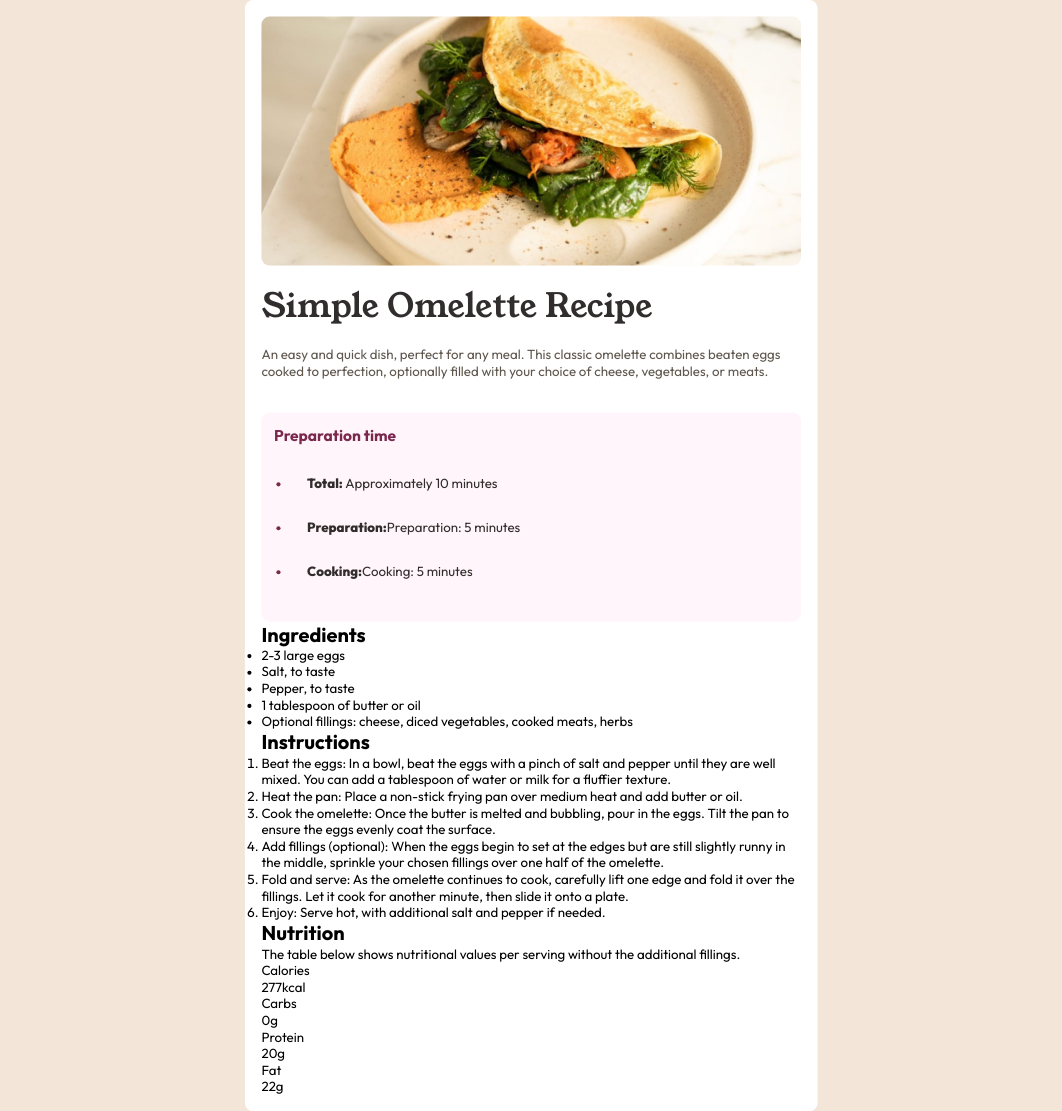
Repository: reemoon-ctrl/mine-recipe-page-main
Page: index1.html
An editor plug-in stored every save of this project. The page is shown before and after the next save, followed by the edit.
The browser window is 1280 px wide. The pictures show the whole page, at 83% of full size.

Above is the page before, as saved 2024-08-11 15:48:34.

After the next save:
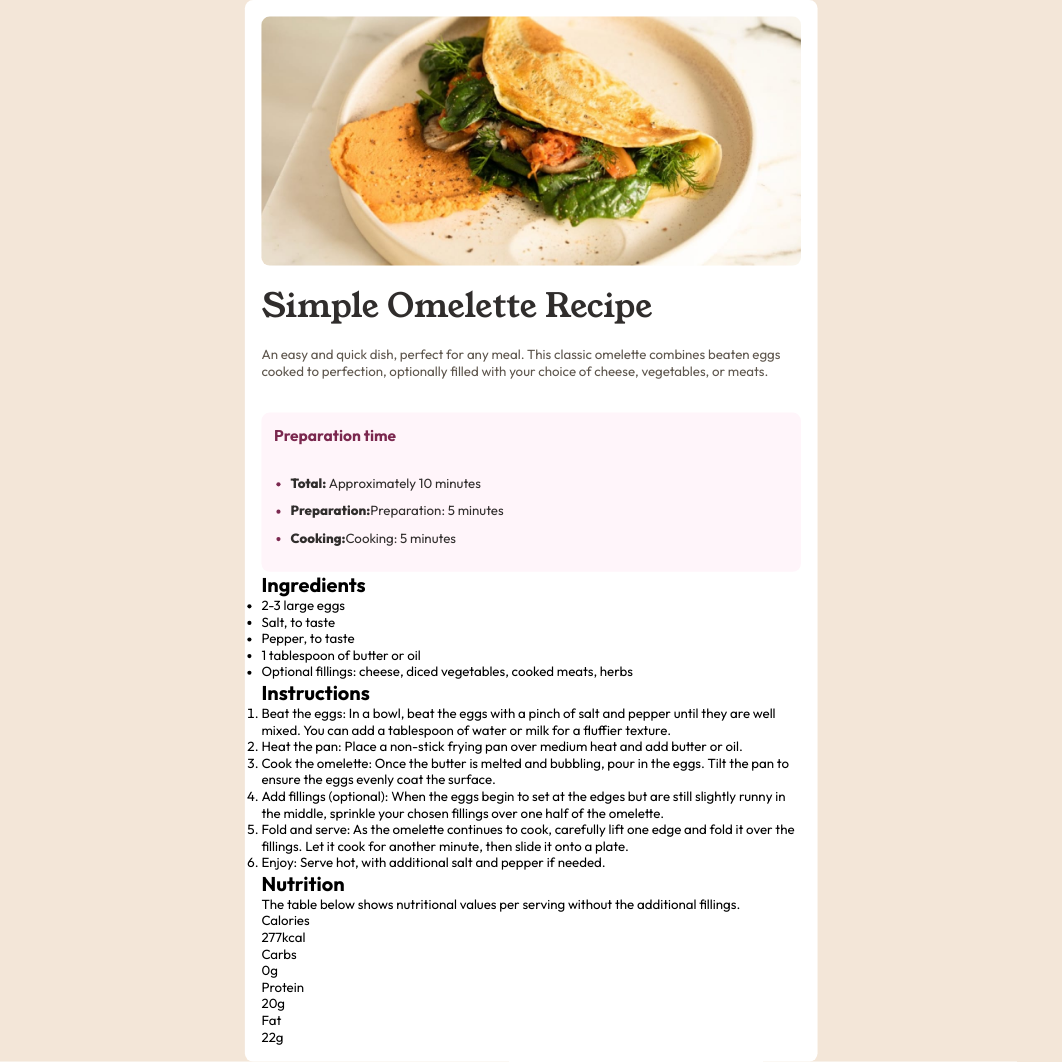
Saved 8 min 53 s later.
--- a/style.css
+++ b/style.css
@@ -40,7 +40,7 @@ body{
     border-radius: 10px;
 }
 .prep-time li{
-    padding: 20px;
+    padding-top: 20px;
 }
 .prep-time ul{
     padding: 20px;
